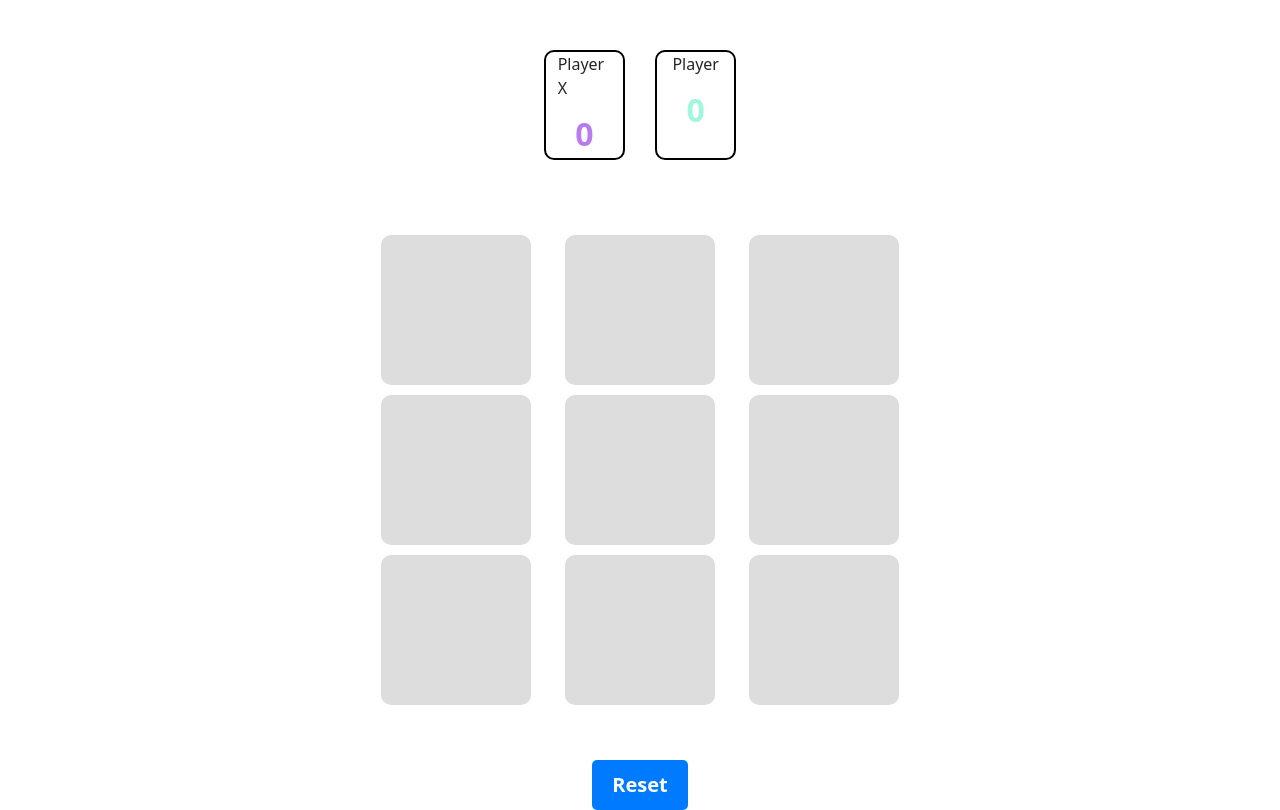
Repository: woodsdeshe/Tic-Tac-Toe
Page: index.html
These files come from the project's save history. The page is drawn as it stood at one moment and after the next save; the edit follows.
The browser window is 1280 px wide. The pictures show the whole page.

Above is the page before, as saved 2023-03-31 20:37:52.

### index.html
<!DOCTYPE html>
<html lang="en">
  <head>
    <meta charset="UTF-8" />
    <meta http-equiv="X-UA-Compatible" content="IE=edge" />
    <meta name="viewport" content="width=device-width, initial-scale=1.0" />
    <title>Tic Tac Toe | DeShe Woods</title>
    <link rel="stylesheet" href="styles.css" />
    <link
      href="https://cdn.jsdelivr.net/npm/bootstrap@5.3.0-alpha2/dist/css/bootstrap.min.css"
      rel="stylesheet"
      integrity="sha384-aFq/bzH65dt+w6FI2ooMVUpc+21e0SRygnTpmBvdBgSdnuTN7QbdgL+OapgHtvPp"
      crossorigin="anonymous"
    />
  </head>
  <body>
    <div class="container">
      <div class="row">
        <div class="col scoreboard scoreboard-left">
          <div>Player X</div>
          <div class="score-x">0</div>
        </div>
        <div class="col scoreboard scoreboard-right">
          <div>Player </div>
          <div class="score-o">0</div>
        </div>
      </div>
      <div class="message"></div>
      <div class="container game-board">
        <div class="row">
          <div class="col-4">
            <div class="tile square-1"></div>
          </div>
          <div class="col-4">
            <div class="tile square-2"></div>
          </div>
          <div class="col-4">
            <div class="tile square-3"></div>
          </div>
        </div>
        <div class="row">
          <div class="col-4">
            <div class="tile square-4"></div>
          </div>
          <div class="col-4">
            <div class="tile square-5"></div>
          </div>
          <div class="col-4">
            <div class="tile square-6"></div>
          </div>
        </div>
        <div class="row">
          <div class="col-4">
            <div class="tile square-7"></div>
          </div>
          <div class="col-4">
            <div class="tile square-8"></div>
          </div>
          <div class="col-4">
            <div class="tile square-9"></div>
          </div>
        </div>
      </div>
      </div>
      <div class="reset">
        <button class="reset-btn">Reset</button>
      </div>
    </div>
    <script
      src="https://cdn.jsdelivr.net/npm/bootstrap@5.3.0-alpha2/dist/js/bootstrap.bundle.min.js"
      integrity="sha384-qKXV1j0HvMUeCBQ+QVp7JcfGl760yU08IQ+GpUo5hlbpg51QRiuqHAJz8+BrxE/N"
      crossorigin="anonymous"
    ></script>
    <script src="script.js"></script>
  </body>
</html>

### styles.css
.container {
  display: flex;
  flex-direction: column;
  align-items: center;
  margin-top: 50px;
}

.scoreboard {
    display: flex;
    flex-direction: column;
    align-items: center;
    border: 2px solid black;
    border-radius: 10px;
    background: -o-linear-gradient(rgb(184, 123, 241),  rgb(160, 247, 221));
}

.scoreboard-left {
    margin-right: 30px;
  }

.scoreboard-right {
  border-top-right-radius: 10px;
  border-bottom-right-radius: 10px;
}

.score-x{
    font-size: 48px;
  color: rgb(184, 123, 241);
}

.score-o {
    font-size: 48px;
  color: rgb(160, 247, 221);
}

.score-x,
.score-o {
  font-size: 2em;
  font-weight: bold;
  margin-top: 10px;
}

.message {
    font-size: 2em;
    margin-bottom: 20px;
  }

  .game-board {
    display: flex;
    justify-content: center;
  }

  .tile {
    width: 150px;
    height: 150px;
    background-color: #ddd;
    margin: 5px;
    border-radius: 10px;
    display: flex;
    justify-content: center;
    align-items: center;
    font-size: 50px;
    font-weight: bold;
    cursor: pointer;
  }

  .reset {
    text-align: center;
    margin-top: 50px;
  }


  .reset-btn {
    font-size: 20px;
    font-weight: bold;
    padding: 10px 20px;
    background-color: #007bff;
    color: white;
    border-radius: 5px;
    border: none;
    cursor: pointer;
  }

@media (max-width: 767px) {
  .scoreboard {
    margin-bottom: 20px;
  }
}

### script.js
// Variables that access the squares, reset button, scoreboards , and messaging for the game that will stay constant
const gameBoard = document.querySelector(".game-board");
const resetBtn = document.querySelector(".reset-btn");
const scoreboardX = document.querySelector(".score-x");
const scoreboardO = document.querySelector(".score-o");
const message = document.querySelector(".message");
const tile = document.querySelectorAll(".tile");

// Variables that access the current player, game over, X and O scores that will change based on conditions of the game
let currentPlayer = "X";
let gameOver = false;
let xScore = 0;
let oScore = 0;

// This event listener will check to see if the tiles are empty and will fill them with the symbol of the current player

gameBoard.addEventListener("click", (event) => {
  event.preventDefault();

  //This if statement checks to see if the game is over before allowing the players to continue playing. If gameOver is true, then the board becomes unclickable
  if (gameOver) {
    return;
  }

  // This variable will hold the square that gets clicked using the .target property
  const square = event.target;

  // Checks to see if the square contains a class of tile and the square is empty. If it's empty then the square will contain a symbol and alternate the symbol according to the current player
  if (square.classList.contains("tile") && square.textContent === "") {
    square.textContent = currentPlayer;

    //Updates the message variable to show who's turn it is on the screen
    message.textContent = `It's ${currentPlayer} turn`;

    currentPlayer = currentPlayer === "X" ? "O" : "X";
  }

  //Calls the checkForWinner function after each turn to see if a player has won
  checkForWinner();
});

// Check to see if the tiles contain a winning play of a specific player
function currentPlay(plays, player) {
  // The .every method checks through every tile within the player array that checks to see if they contain the current players symbol with a boolean "true" or "false"
  return plays.every((tile) => {
    tileElement = document.querySelector(`.square-${tile}`);
    return tileElement.textContent === player;
  });
}

// This function will check to see which player has the winning set after each move
function checkForWinner() {
  // Nested arrays that show all the winning plays that are needed to win
  const winningPlays = [
    [1, 2, 3],
    [4, 5, 6],
    [7, 8, 9],
    [1, 4, 7],
    [2, 5, 8],
    [3, 6, 9],
    [1, 5, 9],
    [3, 5, 7],
  ];

  // Loops through each array within "winingPlays" and stores the values in the variable "plays"
  for (let i = 0; i < winningPlays.length; i++) {
    const plays = winningPlays[i];

    // Create if/else conditions that will check to see if the current player has a winning play thats in 'winningPlays', if no one wins, it calls the "itsATie" function to alert the players that the game is over and prevents the players from continuing to play using th endGame function"
    if (currentPlay(plays, "X")) {
      xScore++;
      scoreboardX.textContent = xScore;
      message.textContent = "Player X Wins!";
      gameOver = true;
      endGame();
    } else if (currentPlay(plays, "O")) {
      oScore++;
      scoreboardO.textContent = oScore;
      message.textContent = "Player O Wins!";
      gameOver = true;
      endGame();
    } else if (itsATie()) {
      message.textContent = "Game over! It's a tie!!!";
      gameOver = true;
      endGame();
    }
  }

  // This function iterates through all the tiles on the board and checks to see if the board is full. If there isn't any empty tiles left, it returns true.
  function itsATie() {
    for (let i = 0; i < tile.length; i++) {
      if (tile[i].textContent === "") {
        return false;
      }
    }
    return true;
  }

  // This function iterates through all the tiles in the game and removes the gameBoard listener so that the board is no longer clickable when the game is over
  function endGame() {
    for (let i = 0; i < tile.length; i++) {
      tile[i].removeEventListener("click", handleClick);
    }
  }
}

//This function resets the game
function resetGame() {
  currentPlayer = "X";
  gameOver = false;
  message.textContent = `It's ${currentPlayer} turn`;
  scoreboardX.textContent = "0";
  scoreboardO.textContent = "0";
  xScore = 0;
  oScore = 0;


  // Clears the board by setting the text content of all tiles to an empty string
  tile.forEach((tile) => {
    tile.textContent = "";
  });

  // Add back the event listener to each tile so that they are clickable again
  tile.forEach((tile) => {
    tile.addEventListener("click", handleTileClick);
  });
}

resetBtn.addEventListener("click", () => {
  resetGame();
});

After the next save:
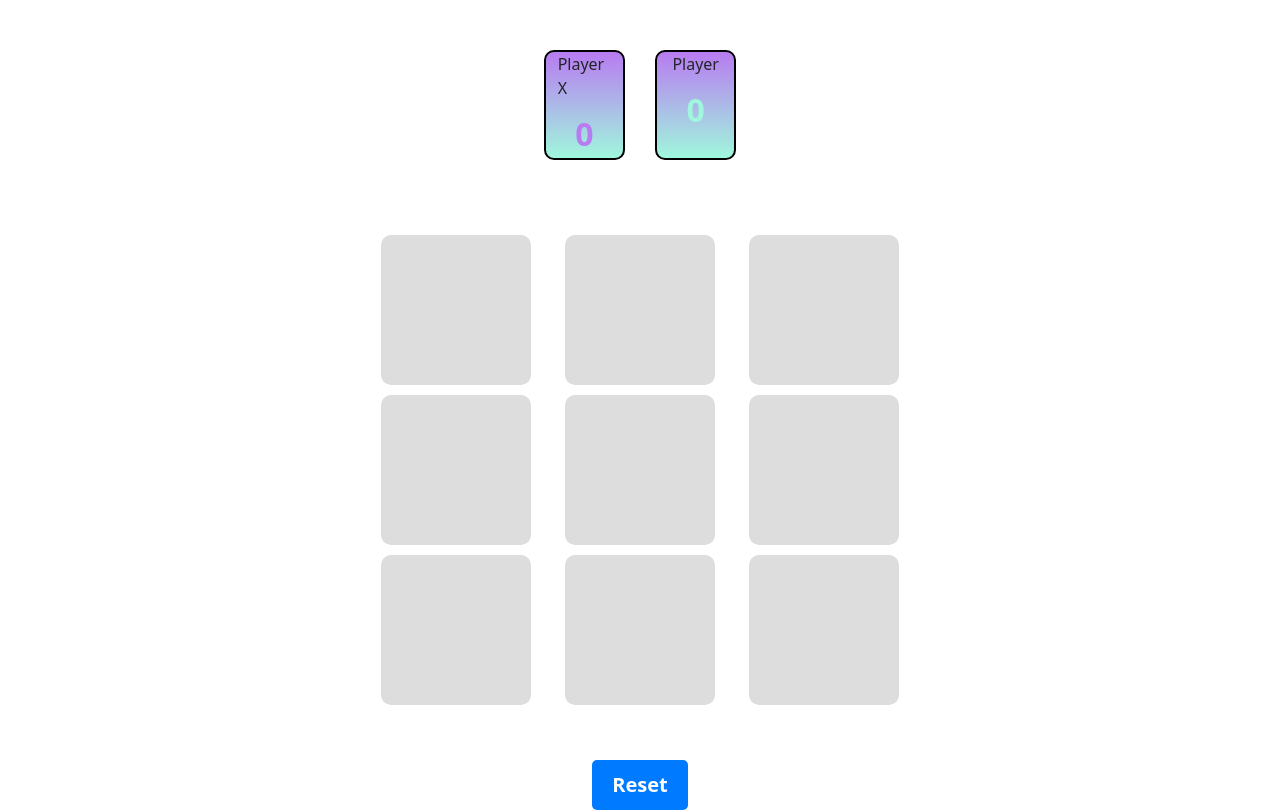
Saved 9 s later.
--- a/styles.css
+++ b/styles.css
@@ -11,7 +11,7 @@
     align-items: center;
     border: 2px solid black;
     border-radius: 10px;
-    background: -o-linear-gradient(rgb(184, 123, 241),  rgb(160, 247, 221));
+    background: linear-gradient(rgb(184, 123, 241),  rgb(160, 247, 221));
 }
 
 .scoreboard-left {
